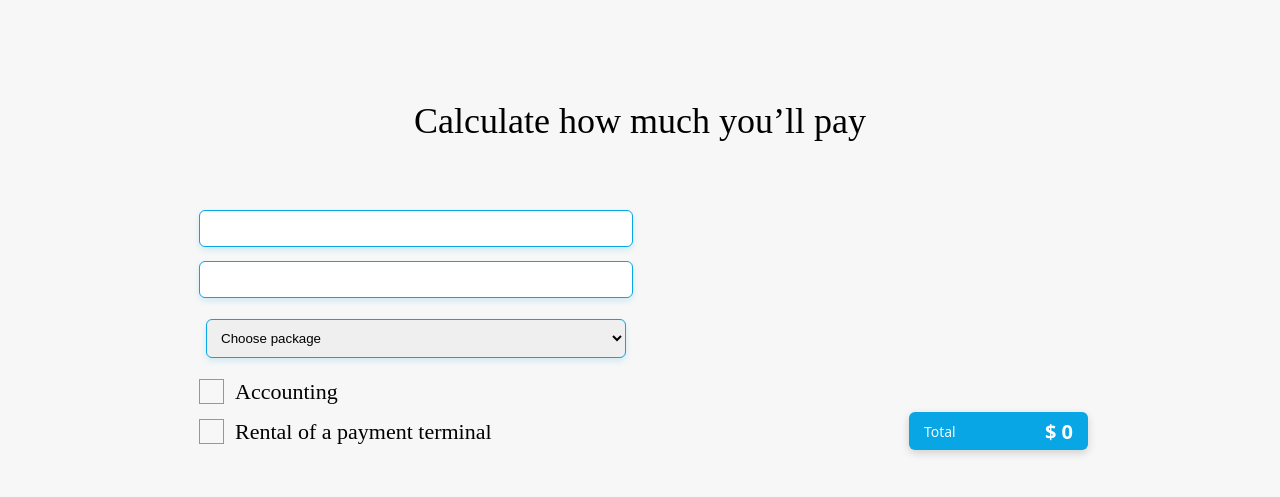
Repository: VolodymyrDubnytskyi/BestShop_project
Page: inedx2.html
An editor plug-in stored every save of this project. The page is shown before and after the next save, followed by the edit.
The browser window is 1280 px wide. The pictures show the whole page.

Above is the page before, as saved 2020-01-20 19:51:15.

### inedx2.html
<!DOCTYPE html>
<html lang="en">

<head>
    <meta charset="UTF-8">
    <meta name="viewport" content="width=device-width, initial-scale=1.0">
    <meta http-equiv="X-UA-Compatible" content="ie=edge">
    <title>Document</title>
    <link rel="stylesheet" href="css/style.css">

</head>

<body>
    <div class="calculate-bg">
        <section class="calculate-main">
            <h2 class="calculate-heading">Calculate how much you’ll pay</h2>
            <form action="" class="calculate-form">

                <div class="calculate-box calculate-box-inputs">
                    <input type="number" name="productsQuantity" id="quantity">
                    <input type="number" name="ordersInmonth" id="inMonth">
                    <div class="custom-select-box">
                        <div class="select-package-container">
                            <select name="package" id="package" class="selcet-package"
                                aria-placeholder="Products quantity">
                                <option class="disable-option" disabled selected> Choose package</option>
                                <option value="basic">Basic</option>
                                <option value="professional">Professional</option>
                                <option value="premium">Premium</option>
                            </select>
                        </div>
                    </div>

                    <label class="container-new-chekbox container-new-chekbox-accounting ">
                        <input type="checkbox" id="checkboxAccounting">
                        <span class="checkmark"></span>
                        Accounting
                    </label>
                    <label class="container-new-chekbox container-new-chekbox-rental">
                        <input type="checkbox" name="" id="checkboxRental">
                        <span class="checkmark"></span>
                        Rental of a payment terminal
                    </label>


                </div>
            </form>
            <div class="calculate-box calculate-box-value">
                <div id="valueProducts">
                    <span id="products"></span>
                    <span id="productsCalculate"></span>
                    <span id="productsSum"></span>
                </div>
                <div id="valueOrders">
                    <span class="orders"></span>
                    <span class="ordersCalculate"></span>
                    <span class="ordersSum"></span>
                </div>
                <div id="valuePackage">
                    <span class="selectPackage"></span>
                    <span class="selectPackageCalculate"></span>
                    <span class=' selectPackageSum'></span>
                </div>
                <div id="valueAccounting">
                    <span class="accounting"></span>
                    <span class="accountingSum"></span>
                </div>
                <div id="valueTerminal">
                    <span class="terminal"></span>
                    <span class="terminalSum"></span>
                </div>

                <button id="submit" class="btn-submit"> <span class="spant-total-btn">Total</span><span>$ <span
                            class="for-new-el">0</span> </span></button>
            </div>

        </section>

    </div>
    <script src="js/main.js"></script>
</body>

</html>

### css/style.css
* {
  box-sizing: border-box;
  text-decoration: none;
  margin: 0;
  padding: 0;
}

/* * HEADER SECTION */
header {
  background: url(../img/Background.png) no-repeat center bottom/contain;
  height: 912px;
  width: 100%;
  position: relative;
}
.navbar-container {
  display: flex;
  justify-content: space-between;
  align-items: center;
  height: 100%;
}
.container {
  max-width: 1354px;
  margin: auto;
}
.navbar {
  background: #fff;
  box-shadow: 0px 3px 6px #00000029;
  height: 70px;
  margin-bottom: 138px;
}
.ul-list-nav {
  display: flex;
}
.ul-list-nav li {
  margin: 0 47px;
}
.ul-list-nav li:last-child {
  margin-right: 0;
}
.ul-list-nav li a {
  font: Bold 11px/15px "Open Sans";
  letter-spacing: 3.28px;
  color: #a5a5a5;
  text-transform: uppercase;
  padding: 28px 0 25px 0;
}
.ul-list-nav li a:hover {
  border: none;
  border-bottom: 4px solid #08a6e4;
  color: #000;
}
.logo {
  text-align: left;
  font-size: 32px;
  font-family: "Raleway", sans-serif;
  letter-spacing: 0;
  color: #08a6e4;
  line-height: 38px;
}
/* toggle menu navbar */
.toggle-menu {
  display: none;
  cursor: pointer;
}
.toggle-menu span {
  width: 36px;
  height: 4px;
  background: #07ace6;
  display: block;
  margin-bottom: 8px;
  transition: 0.5s;
  position: relative;
}
.toggle-menu span:nth-child(1) {
  transform-origin: left;
}
.toggle-menu span:nth-child(2) {
  transform-origin: center;
}
.toggle-menu span:nth-child(3) {
  transform-origin: left;
}

.toggle-menu.active-toggle span:nth-child(1) {
  transform: rotate(45deg);
  left: 2px;
}
.toggle-menu.active-toggle span:nth-child(2) {
  transform: rotate(315deg);
  right: 2px;
}
.toggle-menu.active-toggle span:nth-child(3) {
  transform: scaleX(0);
}

.toggle-mobil-active {
  display: block;
  width: 100%;
  height: 176px;
  position: absolute;
  top: -999px;
  background: #ffffff 0% 0% no-repeat padding-box;
  box-shadow: 0px 3px 6px #00000029;
  transition-duration: 0.3s;
}
.toggle-mobil-active .toggle-list {
  display: flex;
  flex-direction: column;
  width: 100%;
  height: 100%;
  padding: 5%;
  letter-spacing: 3.28px;
}

.toggle-list li a {
  font: Bold 11px/15px "Open Sans";
  color: #a5a5a5;
  text-transform: uppercase;
  width: 100%;
  height: 100%;
  display: inline-block;
  padding: 7px 0;
}
.toggle-mobil-active .toggle-list li:hover a {
  color: #000000;
}

/* *Bg-img + h1 content */
.section-for-h1 {
  display: flex;
  justify-content: center;
  align-items: flex-start;
}
h1 {
  text-align: center;
  font: 49px/59px;
  font-size: 49px;
  line-height: 59px;
  font-weight: 550;
  font-family: "Raleway", sans-serif;
  letter-spacing: 0;
  color: #000000;
}
.text-under-h1-line {
  text-align: center;
  font: 400 16px/22px "Open Sans";
  letter-spacing: 0;
  color: #000000;
  margin: 20px 0 38px 0;
}
.open-your-shop-btn {
  background: #08a6e4 0% 0% no-repeat padding-box;
  box-shadow: 5px 10px 14px #07ace629;
  border-radius: 40px;
  font: Bold 16px/22px "Open Sans";
  letter-spacing: 0;
  color: #fff;
  padding: 23px 157px;
}
.open-your-shop-btn:hover {
  background: rgb(7, 134, 184);
  box-shadow: 5px 10px 14px rgba(5, 124, 167, 0.394);
}
/* bg-img */
.sales-platform {
  text-align: center;
  height: 454px;
}
.sales-platform-main-box {
  display: flex;
  justify-content: space-around;
  margin-top: 100px;
}
.sales-platform-boxes {
  position: relative;
  width: 167px;
  height: 176px;
}
.sales-platform-boxes * {
  padding: 10px;
}
.sales-platform-heading {
  flex-basis: 100%;
  text-align: center;
  font: 400 36px/43px "Raleway";
  letter-spacing: 0;
  color: #000000;
}

.circle {
  height: 62px;
  width: 62px;
  border-radius: 50%;
  margin: 10px auto;
}
.circle-red {
  background: #fb3b64 0% 0% no-repeat padding-box;
}
.circle-blue {
  background: #08a6e4 0% 0% no-repeat padding-box;
}
.circle-green {
  background: #55dfb4 0% 0% no-repeat padding-box;
}
/* icons absolute */
.img-absolut {
  position: absolute;
  right: 26px;
  top: 7px;
}
.absotul-img-mid {
  top: 12px;
}

.sales-platform-box-content {
  text-align: center;
  font: 400 17px/20px "Raleway";
  letter-spacing: 0;
  color: #a5a5a5;
}
/* Main */
main {
  background: #f7f7f7 0% 0% no-repeat padding-box;
  /* height: 1395px; */
}
main hr {
  width: 84%;
  height: 0px;
  margin-left: 35px;
}
main h2 {
  text-align: left;
  font: 550 36px/43px "Raleway";
  letter-spacing: 0;
  color: #000000;
}
main p {
  text-align: left;
  font: 400 16px/22px "Open Sans";
  letter-spacing: 0;
  color: #000000;
}
.main-content-boxes {
  height: 370px;
  width: 100%;
  display: flex;
  background-color: #fff;
  margin-bottom: 37px;
  border: 1px solid #e8e9ed;
  border-radius: 5px;
}
.main-content-boxes:last-child {
  margin: 0;
}
.main-content-container {
  max-width: 1354px;
  height: 100%;
  padding: 105px 115px;
}
.main-content-info-box {
  width: 50%;
}
.main-content-img-box {
  width: 50%;
  position: relative;
  display: flex;
  justify-content: center;
}
.rhombus-div {
  width: 180px;
  height: 180px;
  transform: matrix(0.71, 0.71, -0.71, 0.71, 0, 0);
  background: #fb3b64 0% 0% no-repeat padding-box;
  border-radius: 41px;
  margin-left: 229px;
  margin-top: 68px;
}
.main-content-info-box h2 {
  padding: 97px 0 0 35px;
}
.main-content-info-box p {
  padding: 30px 133px 50px 35px;
}
.main-content-img {
  position: absolute;
  bottom: 0;
  padding-bottom: 10%;
}
.hr-for-first-box {
  border: 4px solid #fb3b64;
}

/* Acrticle 2 in main ceontent */
.blue-circle {
  width: 320px;
  height: 320px;
  background: #07ace6 0% 0% no-repeat padding-box;
  border-radius: 50%;
}
.main-content-boxes .main-content-img-box:nth-child(1) {
  align-items: center;
  justify-content: center;
}
.main-content-img-phone {
  padding: 0;
}
h2.main-h2-second-arcticle {
  padding: 75px 198px 0 35px;
}
.hr-for-second-box {
  border: 4px solid #08a6e4;
}
/* LAST BOXES */
.main-content-boxes-split-for-two {
  background-color: #f7f7f7;
  border: none;
}
.maint-contet-last-box-one {
  width: 623px;
  height: 370px;
  margin-right: 70px;
  background-color: #fff;
  border: 1px solid #e8e9ed;
  border-radius: 5px;
}
.maint-contet-last-box-second {
  width: 440px;
  height: 370px;
  background-color: #fff;
  border: 1px solid #e8e9ed;
  border-radius: 5px;
  background: #55dfb4 0% 0%;
  display: flex;
  justify-content: center;
  align-items: center;
  background-image: url(../img/Trumpet.png);
  background-repeat: no-repeat;
  background-size: 290px 180px;
  background-position: center ;

}

.maint-contet-last-box-one > h2 {
  padding: 97px 159px 0 35px;
}
.maint-contet-last-box-one > p {
  padding: 30px 15px 40px 35px;
}
.maint-contet-last-box-one > hr {
  border: 4px solid #55dfb4;
}
/* FOOTER: SECTION WHITH PRICES AND FORM */
.pricing-section {
  text-align: center;
}
.pricing-section h2 {
  text-align: center;
  font: 400 36px/43px "Raleway";
  letter-spacing: 0;
  color: #000000;
  margin-top: 106px;
}
.pricing-box-main {
  display: flex;
  justify-content: space-around;
  align-items: center;
  height: 100%;
  margin-top: 50px;
}
.pricing-box-main .pricing-box:first-child {
  border: 1px solid #fb3b64;
}
.pricing-box-main .pricing-box:nth-child(2) {
  border: 1px solid #07ace6;
}
.pricing-box-main .pricing-box:last-child {
  border: 1px solid #55dfb4;
}
.pricing-box {
  height: 461px;
  width: 372px;
  border-radius: 18px;
  display: flex;
  flex-direction: column;
  justify-content: center;
  align-items: center;
  margin: 0 10px;
}
.pricing-box h3 {
  text-align: left;
  font: Bold 20px/41px "Raleway";
  letter-spacing: 0;
  color: #13253b;
}
.pricing-box h4 {
  text-align: left;
  font: 300 46px/41px "Open Sans";
  letter-spacing: 0;
  color: #fb3b64;
  margin: 15px 0 60px 0;
}
.pricing-box-professional h4 {
  color: #07ace6;
}
.pricing-box-premium h4 {
  color: #55dfb4;
}

.pricing-box-content::before,
.pricing-box-content-dont-ofer::before {
  content: "\f00c";
  font-size: 6px;
  font-weight: bold;
  font-family: "Font Awesome 5 Free";
  border: 1px solid #55dfb4;
  margin-right: 7px;
  padding: 2px;
  border-radius: 2px;
  color: #55dfb4;
}
.pricing-box-content-dont-ofer::before {
  content: "\f00d";
  border: 1px solid #eb476e;
  color: #eb476e;
}
.pricing-box-content {
  font: 400 14px/41px "Open Sans";
  letter-spacing: 0;
  color: #000000;
}
.pricing-box .heading-after-limited-offer::after {
  content: "limited ofer";
  font: Bold 12px/1px "Raleway";
  letter-spacing: 0;
  color: #13253b;
  display: block;
  margin-top: 7px;
}
.pricing-box-professional {
  height: 500px;
  width: 405px;
  box-shadow: 5px 10px 27px #07ace629;
}
.pricing-box-professional:hover {
  box-shadow: 5px 10px 34px rgba(6, 125, 169, 0.401);
}
.pricing-box-main .pricing-box-basic:hover {
  box-shadow: 0px 5px 15px #fb3b64;
}
.pricing-box-main .pricing-box-premium:hover {
  box-shadow: 0px 5px 15px #55dfb4;
}
.begin-links {
  text-align: left;
  font: Bold 13px/41px "Open Sans";
  letter-spacing: 0;
  color: #ffffff;
  background: #eb476e;
  border-radius: 23px;
  width: 150px;
  padding: 2px;
  text-align: center;
  position: relative;
  top: 40px;
}
.begin-links-professional {
  top: 59px;
  background: #07ace6;
  box-shadow: 5px 10px 14px #07ace629;
}
.begin-links-premium {
  background: #55dfb4;
}

.pricing-box-heading {
  display: flex;
  justify-content: center;
  align-items: center;
  flex-direction: column;
}
.pricing-container-for-content {
  display: flex;
  flex-direction: column;
  justify-content: center;
  align-items: center;
}
.begin-links-basic:hover {
  background: linear-gradient(rgb(184, 56, 86), #eb476e);
}
.begin-links-professional:hover {
  background: linear-gradient(rgb(5, 111, 150), #07ace6);
}
.begin-links-premium:hover {
  background: linear-gradient(rgb(61, 165, 132), #55dfb4);
}

/* * FORM AND CONTACT SECTION */
.form-main {
  height: 721px;
  display: flex;
  justify-content: center;
  align-items: center;
}
.form-and-questions-box {
  display: flex;
  width: 896px;
}
.questions-box {
  display: flex;
  flex-wrap: wrap;
  flex-basis: 50%;
  height: 210px;
}
.form-box {
  flex-basis: 50%;
}
.form-box form {
  flex-basis: 50%;
  display: flex;
  flex-direction: column;
}
.questions-box h2 {
  font: 550 49px/59px "Raleway";
  letter-spacing: 0;
  color: #000000;
  margin-bottom: 22px;
  flex-basis: 100%;
}
.questions-box p {
  font: 500 16px/22px "Open Sans";
  letter-spacing: 0;
  color: #000000;
  margin-bottom: 42px;
  flex-basis: 100%;
}
.questions-box span {
  font: 500 16px/22px "Open Sans";
  letter-spacing: 0;
  color: #a5a5a5;
  display: flex;
  justify-content: center;
  align-items: center;
}
.questions-box .mail-icon::before {
  content: url(../img/Mail\ Icon.svg);
  padding-right: 12px;
}
.questions-box .phone-icon::before {
  content: url(../img/Phone\ Icon.svg);
  padding-right: 10px;
  margin-left: 24px;
}
/* Form */
form input:nth-child(2n) {
  padding: 20px;
  border: none;
  border-bottom: 1px solid #95989a;
  margin-bottom: 35px;
}
.i-agree-terms {
  display: flex;
}
.container-new-chekbox {
  display: block;
  position: relative;
  margin-right: 35px;
  margin-bottom: 12px;
  cursor: pointer;
  font-size: 22px;
  user-select: none;
}
.container-new-chekbox input {
  position: absolute;
  opacity: 0;
  cursor: pointer;
  height: 0;
  width: 0;
}
.checkmark {
  position: absolute;
  top: 0;
  left: 0;
  height: 25px;
  width: 25px;
  border: 1px solid #95989a;
}
.checkmark:after {
  content: "";
  position: absolute;
  display: none;
}
.container-new-chekbox input:checked ~ .checkmark:after {
  display: block;
}
.container-new-chekbox .checkmark:after {
  left: 4px;
  top: 4px;
  width: 70%;
  height: 70%;
  background: url(../img/Checkmark.svg) no-repeat center/cover;
}
.i-agree-terms div {
  text-align: left;
  font: 400 12px/17px "Open Sans";
  letter-spacing: 0;
  color: #707070;
}
.lables {
  text-align: left;
  font: Bold 11px/15px "Open Sans";
  letter-spacing: 3.28px;
  color: #08a6e4;
  text-transform: uppercase;
}

.btn-send {
  box-shadow: 5px 10px 14px #07ace629;
  border-radius: 35px;
  background: #08a6e4;
  padding: 20px 97px;
  font: Bold 13px/18px "Open Sans";
  letter-spacing: 0;
  color: #fff;
  border: none;
  margin-top: 25px;
  position: relative;
}
.btn-send:hover {
  background: linear-gradient(90deg, rgba(2, 0, 36, 1) 0%, rgba(9, 9, 121, 1) 4%, rgba(8, 166, 228, 1) 100%);
}
.loading {
  display: inline-block;
  width: 40px;
  height: 40px;
  border: 6px solid #fff;
  border-top-color: #08a6e4;
  border-left-color: #08a6e4;
  border-radius: 50%;
  position: absolute;
  top: 20%;
  left: 41%;
  transform: translate(30%, 50%);
  animation: circle 0.9s linear infinite;
}
@keyframes circle {
  0% {
    transform: rotate(0deg);
  }
  100% {
    transform: rotate(360deg);
  }
}
.button-box {
  display: flex;
  justify-content: flex-end;
}
.social-networks-main {
  width: 100%;
  height: 89px;
  background: #f7f7f7;
  box-shadow: 0px -5px 40px #00000029;
}
.social-networks-box {
  height: 100%;
  display: flex;
  justify-content: space-between;
  align-items: center;
}
.logo-footer {
  font: 300 26px/31px "Raleway";
}
.social-networks-logo > p {
  font: 400 11px/15px "Open Sans";
  letter-spacing: 0;
  color: #a5a5a5;
  margin-top: 6px;
}
.social-networks-links a:first-child {
  margin-right: 20px;
}
.social-networks-links a:hover {
  cursor: pointer;
}

/* ///////////////////////////////////////////// */

.calculate-bg {
  background: #f7f7f7;
  display: flex;
  justify-content: center;
  align-items: center;
  height: 550px;
}
.calculate-main {
  display: flex;
  justify-content: center;
  align-items: center;
  flex-wrap: wrap;
  flex-basis: 70%;
  position: relative;
  height: 350px;
}
.calculate-form {
  display: flex;
  flex-basis: 50%;
  height: 100%;
}
.calculate-heading {
  flex-basis: 100%;
  margin-bottom: 60px;
  text-align: center;
  font: 500 36px/43px "Raleway";
  letter-spacing: 0;
  color: #000000;
}
.calculate-box {
  flex-basis: 50%;
  display: flex;
  flex-direction: column;
  background: #f7f7f7;
}
.calculate-box-value {
  height: 100%;
  padding-left: 50px;
}
.calculate-box-inputs {
  flex-basis: 100%;
  position: relative;
}
.calculate-form .calculate-box-inputs input,
.calculate-form .calculate-box-inputs select {
  margin: 7px;
  padding: 10px;
  border: 1px solid #08a6e4;
  box-shadow: 0px 3px 6px #08a6e429;
  border-radius: 6px;
}
.calculate-form .calculate-box-inputs div {
  margin: 7px;
}
.calculate-form .calculate-box-inputs select {
  margin: 0;
  width: 100%;
  outline: none;
}

.calculate-box-value div {
  display: none;
  justify-content: space-between;
  align-items: center;
  background: #55dfb4;
  box-shadow: 0px 3px 6px #00000029;
  border-radius: 6px;
  margin: 3px;
  padding: 10px;
  height: 32px;
  border: none;
  font: 400 14px/19px "Open Sans";
  letter-spacing: 0;
  color: #ffffff;
}
.btn-submit {
  background: #08a6e4;
  box-shadow: 0px 3px 8px #00000029;
  border-radius: 6px;
  border: none;
  width: 179px;
  height: 38px;
  position: absolute;
  right: 0;
  bottom: 0;
  display: flex;
  justify-content: space-between;
  align-items: center;
  padding: 5px 15px;
}
.btn-submit span {
  font: 400 14px/19px "Open Sans";
  letter-spacing: 0;
  color: #ffffff;
}
.btn-submit span:last-child {
  font: Bold 20px/27px "Open Sans";
}

.calculate-box .container-new-chekbox {
  margin: 7px;
  padding-left: 36px;
}
.selcet-package {
  /* display: none; */
  /* background-image: url(../img/Arrow\ Down.svg);
  background-repeat: no-repeat;
  background-size: 4%;
  background-position-x: 97%;
  background-position-y: 45%;
  -webkit-appearance: none;
  cursor: pointer; */
}
.select-package-container{
  -webkit-appearance: none;
  cursor: pointer;
}

.selcet-package option {
  display: none;
}
.selcet-package-activ-arrow {
  background-image: url(../img/method-draw-image.svg);
}

.disable-option span {
  font: 400 13px/18px "Open Sans";
  letter-spacing: 0;
  color: #a5a5a5;
}

#valueProducts {
  display: none;
}

/*
 */

.select-option-custome {
  position: absolute;
  background: #ffffff;
  box-shadow: 0px 3px 6px #eb476e29;
  border: 1px solid #eb476e;
  border-radius: 6px;
  width: 97%;
  height: 105px;
  z-index: 2;
  display: flex;
  flex-direction: column;
  bottom: 83px;
  text-align: left;
  font: 400 13px/18px "Open Sans";
  letter-spacing: 0;
  color: #000000;
}
.select-option-custome .span-select {
  padding: 8px;
  cursor: pointer;
  /* display: block; */
}
.select-option-custome .span-select:hover {
  background-color: #eb476d1d;
}
/* main rwd */
/* rwd nav */
@media(min-width:1800px){
  header{
    height: 1200px;
  }
}
@media (max-width: 1200px) {
  .ul-list-nav li {
    margin: 0 27px;
  }
  .main-content-container {
    padding: 30px;
  }
}
@media (max-width: 978px) {
  .main-content-img {
    transform: scale(0.7);
  }
  .rhombus-div {
    margin-left: 86px;
    margin-top: 126px;
    width: 127px;
    height: 127px;
  }
  .main-content-info-box h2 {
    padding: 131px 0 0 20px;
  }
  .main-content-info-box p {
    padding: 20px 12px 20px 20px;
  }
  .main-content-info-box hr {
    margin-left: 20px;
  }
  .blue-circle {
    width: 220px;
    height: 220px;
  }

  .main-content-info-box .main-h2-second-arcticle {
    padding: 50px 15px 15px 5px;
  }
  .main-content-info-box .main-h2-second-arcticle {
    padding: 50px 15px 15px 5px;
  }
  .main-content-info-box .second-arcticle-p {
    padding: 20px 15px 20px 5px;
  }
  .main-content-info-box .hr-for-second-box {
    margin-left: 5px;
  }
  .main-content-boxes-split-for-two .maint-contet-last-box-one {
    margin: 0;
  }
  .main-content-boxes-split-for-two .maint-contet-last-box-one h2 {
    padding: 52px 99px 0 15px;
  }
  .main-content-boxes-split-for-two .maint-contet-last-box-one p {
    padding: 30px 15px 20px 15px;
  }
  .main-content-boxes-split-for-two .maint-contet-last-box-one hr {
    margin-left: 15px;
  }
  .form-and-questions-box {
    padding: 0 20px;
  }
}
@media (max-width: 800px) {
  .ul-list-nav {
    display: none;
  }
  .toggle-menu {
    display: block;
    margin-right: 5%;
  }
  .logo {
    margin-left: 4%;
  }
  .social-networks-links{
    margin-right: 4%;
  }
  .section-for-h1 {
    padding-top: 249px;
  }
  .navbar {
    position: absolute;
    width: 100%;
    top: 0;
    z-index: 2;
    margin-bottom: 0;
  }
  .social-networks-logo p {
    margin-left: 5%;
  }
}
@media (max-width: 660px) {
  header {
    height: 800px;
  }
  .open-your-shop-btn {
    padding: 20px 127px;
  }

  /* main */
  .main-content-boxes{
    height: 480px;
    width: 90%;
    flex-direction: column;
    margin: auto;
    margin-bottom: 30px;
  }
  .main-content-info-box{
    height: 50%;
    width: 100%;
    padding: 15px;
    padding-top: 0;
  }
  .main-content-info-box hr,
  .hr-for-third-box {
    display: none;
  }
  .main-content-info-box h2{
    padding: 0 20px;
  }
  .main-content-img-box {
    height: 50%;
    width: 100%;
    padding: 15px;
    bottom: -20px
  }
  .main-content-boxes .main-content-img-box:nth-child(1){
    bottom: auto;
  }
  .main-content-img{
    transform: scale(0.5);
  }
  /* BE ALWAYS FRIST SECTION LAPTOP IMG */
  .main-content-boxes-laptop{
    flex-direction: column-reverse;
  }
  .main-content-boxes-laptop .main-content-info-box {
    display: flex;
    flex-direction: column;
    justify-content: flex-end;
    padding: 15px;
  }
  .main-content-boxes-laptop .main-content-img{
    padding: 0;
    bottom: 0;
  }
  .rhombus-div{
    margin-top: 0;
  }

  /* YOR SHOP IS WHERE YOU ARE SECTION PHONE IMG */
  .blue-circle{
       width: 160px;
       height: 160px;
  }
  .main-content-img-phone{
    bottom: auto;
  }
  .main-content-info-box .main-h2-second-arcticle {
    padding: 10px 20px;
  }
  .main-content-info-box .second-arcticle-p{
    padding: 0 20px ;
  }

  /* INCREASW RECOGNITION YOUR BRAND SECTION */
  .main-content-boxes.main-content-boxes-split-for-two{
    margin: auto;
    height: 600px;
  }
  .maint-contet-last-box-one{
    width: 100%;
    padding: 15px;
    height: 58%;
  }
  .maint-contet-last-box-second{
    width: 100%;
    height: 42%;
  }
  .maint-contet-last-box-second{
    background-size: 300px 220px;
    background-position: center 45px;
  }


  /* form-and-questions-section */
  .form-and-questions-box{
    flex-direction: column;
  }
  .questions-box{
    margin-bottom: 40px;
  }

  .questions-box .mail-icon,
  .questions-box .phone-icon{
    flex-basis: 100%;
    justify-content: flex-start;
  }
  .questions-box .phone-icon::before{
    margin: 0;
  }

  /*  */
  .pricing-box-main {
    flex-direction: column;
  }
  .pricing-box {
    flex-direction: row;
    margin: 16px;
    height: 283px;
    width: 340px;
    position: relative;
  }
  .pricing-box-basic {
  }
  .pricing-box-professional {
    width: 400px;
    height: 311px;
  }
  .pricing-box-premium {
  }
  .begin-links {
    position: absolute;
    bottom: -20px;
    top: auto;
  }
  .pricing-box-heading {
    flex-basis: 50%;
  }
  .pricing-container-for-content {
    flex-basis: 50%;
    align-items: flex-start;
  }
  footer{
    margin-bottom: 50px;
  }
  .btn-send{
    padding: 14px 81px;
  }
}
@media (max-width:480px){
  /* SALES PLATROFRM SECTION */
  .sales-platform{
    height: auto ;
  }
  .sales-platform-main-box{
    flex-direction: column;
    align-items: center;
  }
  .sales-platform-boxes{
    margin: 10px 0;
  }
  .main-content-info-box h2{
    font: 549 26px/34px "Raleway";
  }
 .rhombus-div{
   width: 100px;
   height: 100px;
   margin-top: 25px;
 }
 .main-content-img{
   transform:scale(0.4);
 }
 .blue-circle{
   width:  120px ;
   height: 120px ;
  }
  .maint-contet-last-box-one > h2{

  }
  .main-content-boxes-split-for-two .maint-contet-last-box-one h2{
    font: 549 26px/34px "Raleway";
    padding: 20px 15px;
  }
  .pricing-box{
    width: 300px;
    height: 265px;
}
  .pricing-box-professional{
    width:340px ;
    height:265px ;
    margin: 20px 16px;
  }

}

Loaded but not shown: js/main.js (206 lines, source omitted)

After the next save:
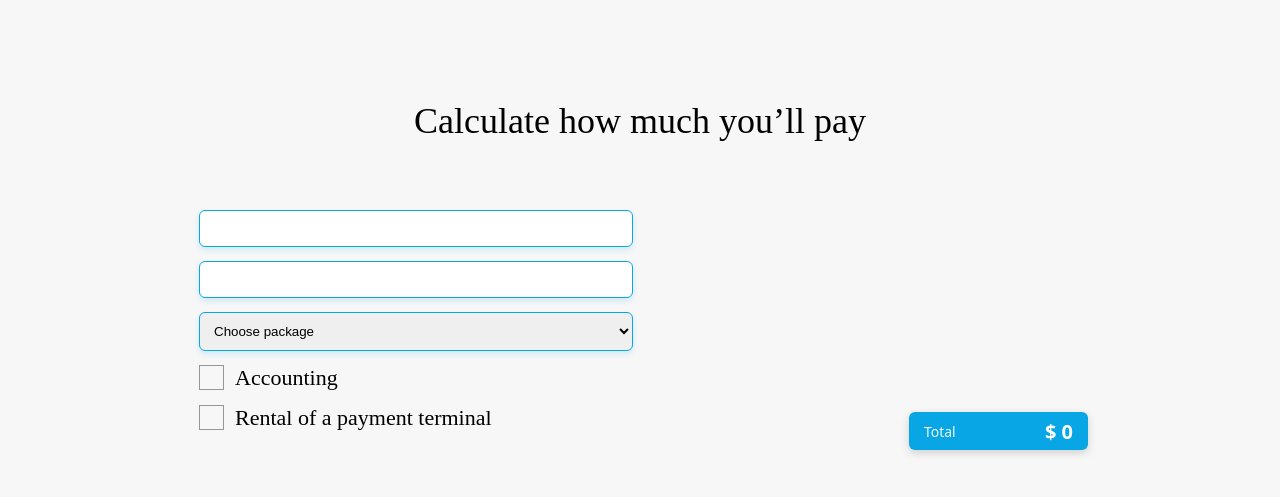
Saved 52 s later.
--- a/inedx2.html
+++ b/inedx2.html
@@ -20,15 +20,12 @@
                     <input type="number" name="productsQuantity" id="quantity">
                     <input type="number" name="ordersInmonth" id="inMonth">
                     <div class="custom-select-box">
-                        <div class="select-package-container">
-                            <select name="package" id="package" class="selcet-package"
-                                aria-placeholder="Products quantity">
+                        <select name="package" id="package" class="selcet-package" aria-placeholder="Products quantity">
                                 <option class="disable-option" disabled selected> Choose package</option>
                                 <option value="basic">Basic</option>
                                 <option value="professional">Professional</option>
                                 <option value="premium">Premium</option>
-                            </select>
-                        </div>
+                        </select>
                     </div>
 
                     <label class="container-new-chekbox container-new-chekbox-accounting ">
@@ -70,8 +67,7 @@
                     <span class="terminalSum"></span>
                 </div>
 
-                <button id="submit" class="btn-submit"> <span class="spant-total-btn">Total</span><span>$ <span
-                            class="for-new-el">0</span> </span></button>
+                <button id="submit" class="btn-submit"> <span class="spant-total-btn">Total</span><span>$ <span  class="for-new-el">0</span> </span></button>
             </div>
 
         </section>
